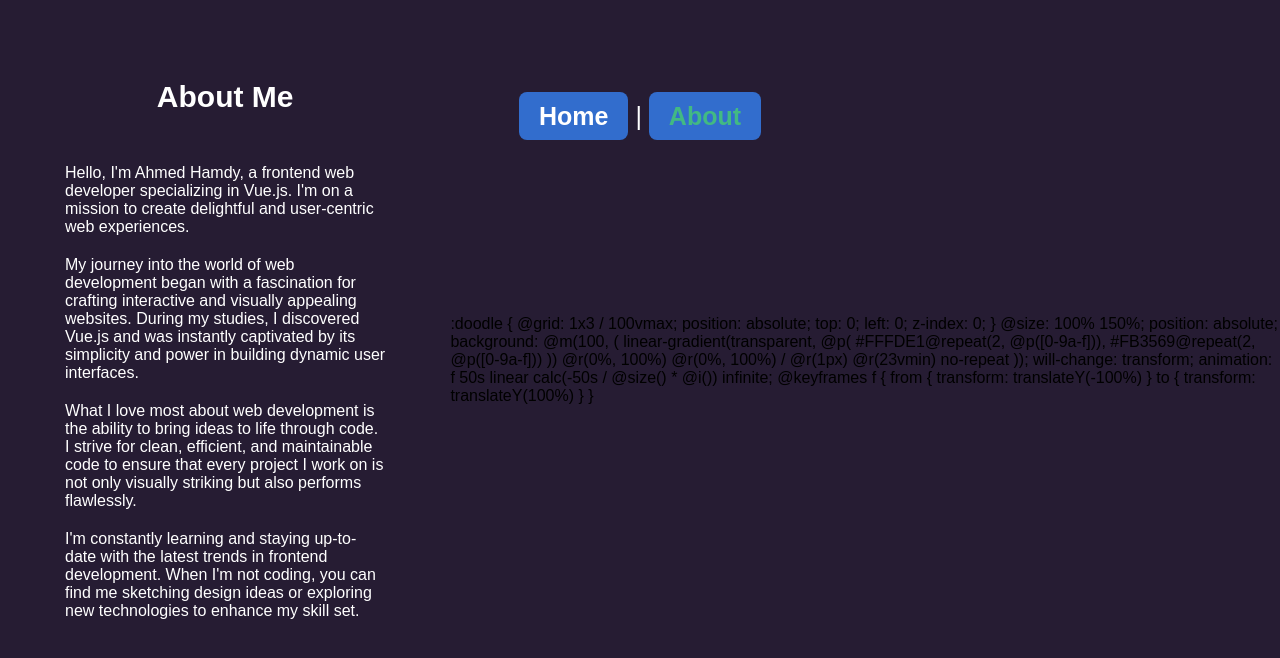
Repository: ahamdy997/portfolio
Page: /about
An editor plug-in stored every save of this project. The page is shown before and after the next save, followed by the edit.
The browser window is 1280 px wide. The pictures show the whole page.
The project was rebuilt for these pictures with package versions that can differ from the ones it lists, and the page was loaded fresh each time. Also part of the build but not shown: vue.config.js, src/components/HelloWorld.vue, src/views/HomeView.vue.

Above is the page before, as saved 2023-11-05 00:25:55.

### public/index.html
<!DOCTYPE html>
<html lang="">
  <head>
    <meta charset="utf-8" />
    <meta http-equiv="X-UA-Compatible" content="IE=edge" />
    <meta name="viewport" content="width=device-width,initial-scale=1.0" />
    <link rel="icon" href="<%= BASE_URL %>favicon.ico" />
    <title><%= htmlWebpackPlugin.options.title %></title>
  </head>
  <body>
    <noscript>
      <strong
        >We're sorry but <%= htmlWebpackPlugin.options.title %> doesn't work
        properly without JavaScript enabled. Please enable it to
        continue.</strong
      >
    </noscript>
    <div id="app"></div>
    <!-- built files will be auto injected -->
    <css-doodle>
      :doodle { @grid: 1x3 / 100vmax; position: absolute; top: 0; left: 0;
      z-index: 0; } @size: 100% 150%; position: absolute; background: @m(100, (
      linear-gradient(transparent, @p( #FFFDE1@repeat(2, @p([0-9a-f])),
      #FB3569@repeat(2, @p([0-9a-f])) )) @r(0%, 100%) @r(0%, 100%) / @r(1px)
      @r(23vmin) no-repeat )); will-change: transform; animation: f 50s linear
      calc(-50s / @size() * @i()) infinite; @keyframes f { from { transform:
      translateY(-100%) } to { transform: translateY(100%) } }
    </css-doodle>
    <style>
      * {
        box-sizing: border-box;
        padding: 0;
        margin: 0;
      }
      body {
        font-family: sans-serif;
        height: 100vh;
        margin: 0;
        background: #261c33;
        overflow: hidden;
        display: flex;
        align-items: center;
        justify-content: center;
      }
    </style>

    <script src="https://unpkg.com/css-doodle@0.6.1/css-doodle.min.js"></script>
  </body>
</html>

### src/App.vue
<template>
  <header>
    <nav>
      <router-link to="/">Home</router-link> |
      <router-link to="/about">About</router-link>
    </nav>
  </header>
  <router-view />
</template>

<style>
#app {
  text-align: center;
  z-index: 1;
  color: white;
}
header {
  font-size: 25px;
  position: fixed;
  top: 10%;
  left: 0%;
  width: 100%;
}
nav {
  padding: 30px;
  text-align: center;
}

nav a {
  font-weight: bold;
  color: #fff;
  text-decoration: none;
  border-radius: 8px;
  background-color: rgb(50, 109, 205);
  padding: 10px 20px;
}
a:hover {
  color: #cbb8e3;
}

nav a.router-link-exact-active {
  color: #42b983;
}
</style>

### src/views/AboutView.vue
<template>
  <div class="about">
    <h2>About Me</h2>
    <p>
      Hello, I'm Ahmed Hamdy, a frontend web developer specializing in Vue.js.
      I'm on a mission to create delightful and user-centric web experiences.
    </p>
    <p>
      My journey into the world of web development began with a fascination for
      crafting interactive and visually appealing websites. During my studies, I
      discovered Vue.js and was instantly captivated by its simplicity and power
      in building dynamic user interfaces.
    </p>
    <p>
      What I love most about web development is the ability to bring ideas to
      life through code. I strive for clean, efficient, and maintainable code to
      ensure that every project I work on is not only visually striking but also
      performs flawlessly.
    </p>
    <p>
      I'm constantly learning and staying up-to-date with the latest trends in
      frontend development. When I'm not coding, you can find me sketching
      design ideas or exploring new technologies to enhance my skill set.
    </p>
  </div>
</template>
<style scoped>
p {
  margin: 20px;
}
.about h2 {
  text-align: center;
  margin-bottom: 50px;
  font-size: 30px;
}
.about {
  width: 80%;
  margin: auto;
  text-align: start;
}
</style>

Loaded but not shown: src/main.js (common file); src/router/index.js (common file)

After the next save:
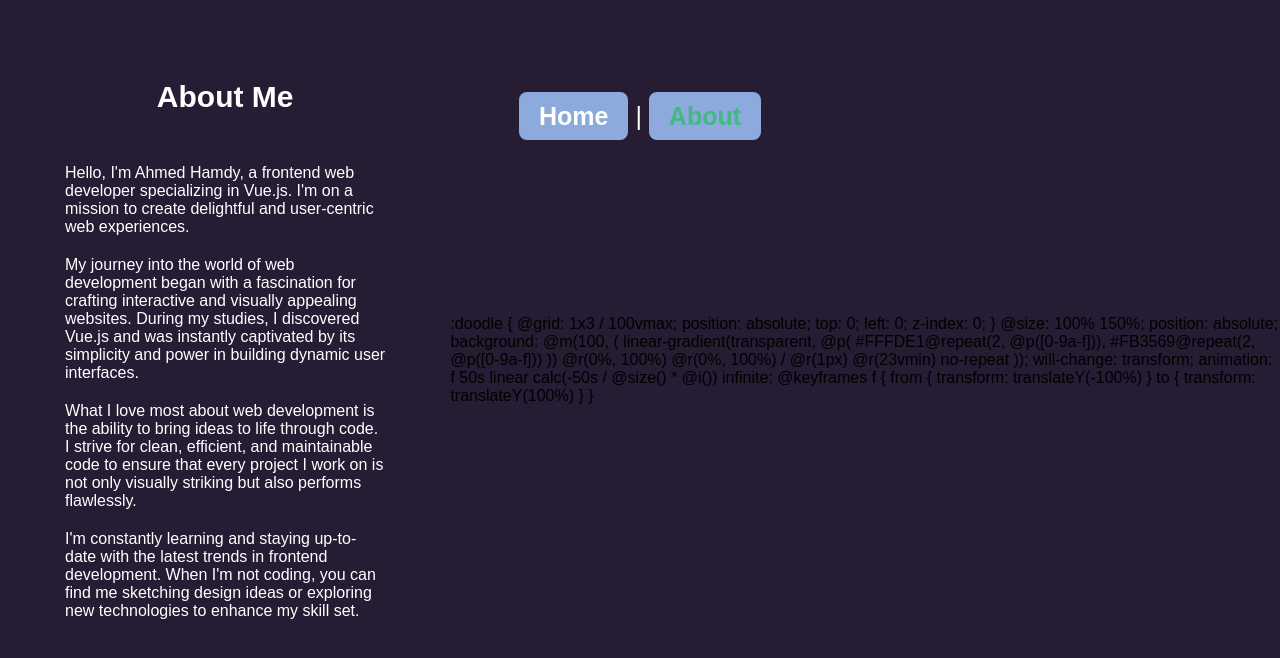
Saved 8 s later.
--- a/src/App.vue
+++ b/src/App.vue
@@ -31,7 +31,7 @@ nav a {
   color: #fff;
   text-decoration: none;
   border-radius: 8px;
-  background-color: rgb(50, 109, 205);
+  background-color: rgb(140, 170, 219);
   padding: 10px 20px;
 }
 a:hover {
